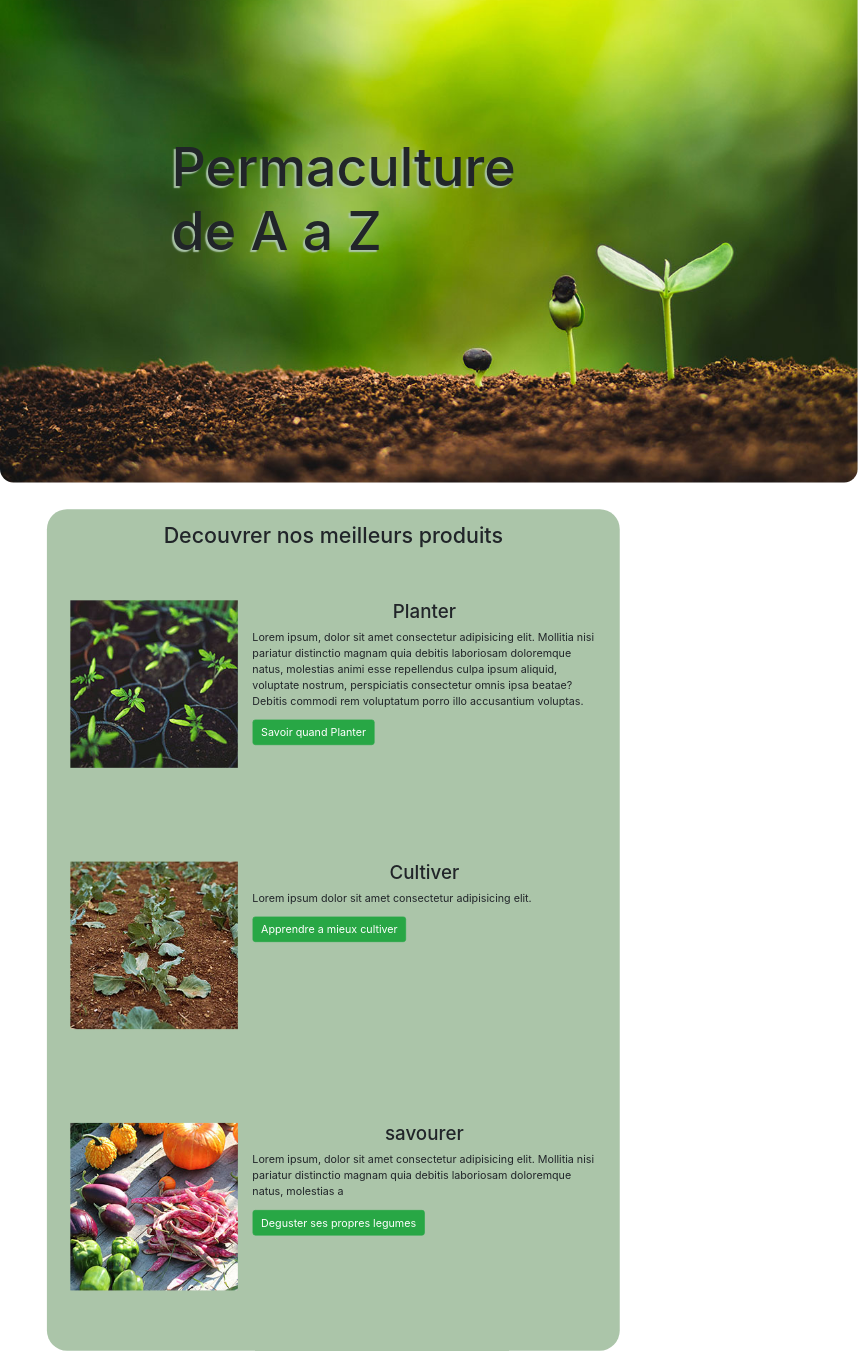
Repository: ahthionkevin/permaculture
Page: index.html
An editor plug-in stored every save of this project. The page is shown before and after the next save, followed by the edit.
The browser window is 1280 px wide. The pictures show the whole page, at 67% of full size.

Above is the page before, as saved 2021-07-06 21:53:13.

After the next save:
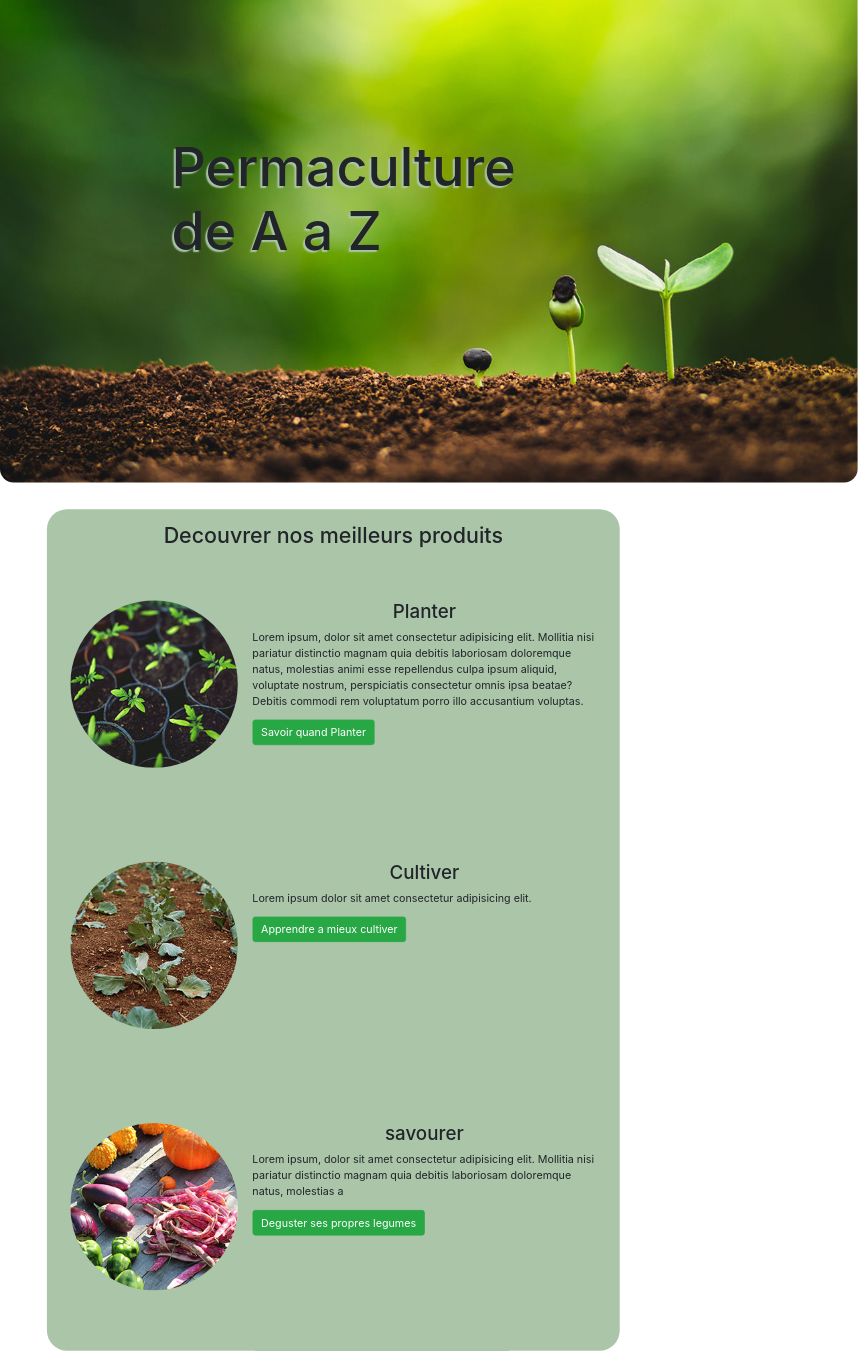
Saved 16 s later.
--- a/style.css
+++ b/style.css
@@ -43,3 +43,7 @@ h1{
 .element{
     padding: 70px 0;
 }
+
+.element img{
+    border-radius: 50%;
+}
